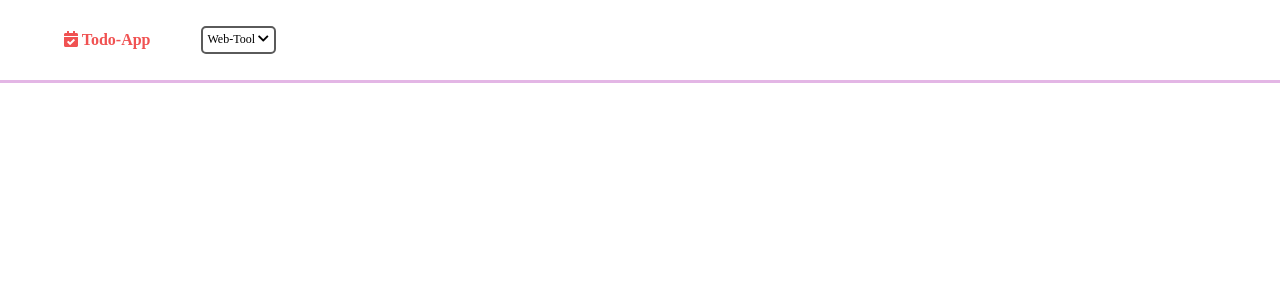
Repository: Hiroshii-m/todo_vue
Page: index.html
These files come from the project's save history. The page is drawn as it stood at one moment and after the next save; the edit follows.
The browser window is 1280 px wide. The pictures show the whole page.
The style sheet was rebuilt from its Sass, Less or Tailwind sources for each picture, by a compiler version that may differ from the author's.

Above is the page before, as saved 2021-06-26 17:36:46.

### index.html
<!DOCTYPE html>
<html lang="en">
<head>
    <meta charset="UTF-8">
    <meta http-equiv="X-UA-Compatible" content="IE=edge">
    <meta name="viewport" content="width=device-width, initial-scale=1.0">
    <link rel="stylesheet" href="node_modules/@fortawesome/fontawesome-free/css/all.css">
    <link rel="stylesheet" href="dist/css/style.css">
    <title>TODO APP Vue</title>
</head>
<body>

    <!-- header -->
    <header id="l-header" class="u-border-bottom">
        <div class="c-header">
            <h2 class="c-header__home">
                <i class="fas fa-calendar-check"></i>
                <a class="c-header__text" href="">Todo-App</a>
            </h2>
            <h3 class="c-header__other">
                Web-Tool
                <i class="fas fa-chevron-down"></i>
            </h3>
        </div>
    </header><!-- /header -->

</body>
</html>

### src/scss/style.scss

// ======================================
// foundation
// ======================================
@use 'foundation/reset';
@use 'foundation/variables';
// ======================================
// layout
// ======================================
#l-header {
    width: 100%;
}
// ======================================
// object
// ======================================
// Component
// **************************************
.c-header {
    width: 90%;
    height: 80px;
    margin: 0 auto;
    display: flex;
    align-items: center;
    &__home {
        margin-right: 50px;
        font-weight: bold;
        color: var(--color_red);
    }
    &__other {
        font-size: var(--font-size_s);
        padding: var(--space_s);
        border: 2px solid var(--font-color_default);
        border-radius: 5px;
        cursor: pointer;
    }
}
// Project
// **************************************
// Utility
// **************************************
.u-border {
    &-bottom {
        border-bottom: 3px solid var(--color_accent);
    }
}

### src/scss/foundation/_variables.scss
:root {
    --font-color_default: #5A5A5A;
    --color_base: #F7FFFE;
    --color_accent: #E3B6E5;
    --color_edit: #C8E4F4;
    --color_complete: #C8E4F4;
    --color_red: #F05252;
    --color_blue: #25A1EF;


    --site-width_xxl: 780px;
    --site-width_xl: 680px;
    --site-width_md: 580px;
    --site-width_ms: 414px;

    --font-size_s: 12px;
    --font-size_m: 14px;
    --font-size_default: 16px;
    --font-size_l: 18px;
    --font-size_xl: 24px;
    --font-size_xxl: 28px;
    --font-size_3l: 38px;


    --space_s: 5px;
    --space_m: 10px;
    --space_l: 15px;
    --space_xl: 20px;
    --space_xxl: 30px;
    --space_3l: 40px;

    --font-family_default: "メイリオ", sans-serif;
}

Loaded but not shown: node_modules/@fortawesome/fontawesome-free/css/all.css (library); src/scss/foundation/_reset.scss (common file)

After the next save:
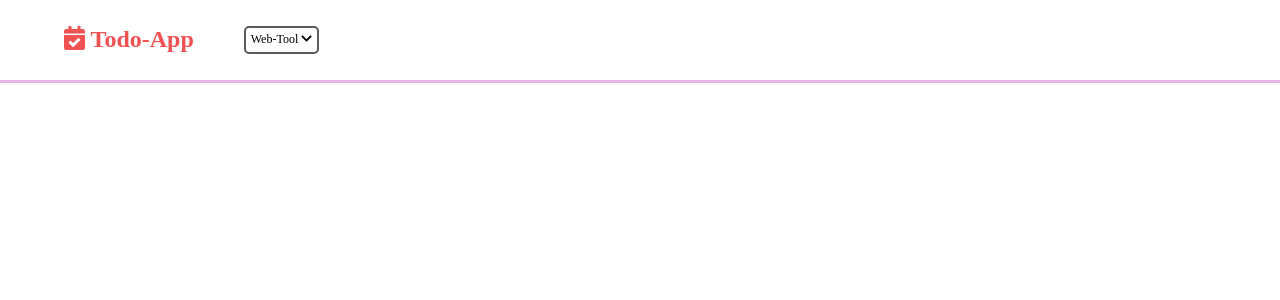
Saved 18 s later.
--- a/src/scss/style.scss
+++ b/src/scss/style.scss
@@ -25,6 +25,7 @@
         margin-right: 50px;
         font-weight: bold;
         color: var(--color_red);
+        font-size: var(--font-size_xl);
     }
     &__other {
         font-size: var(--font-size_s);
